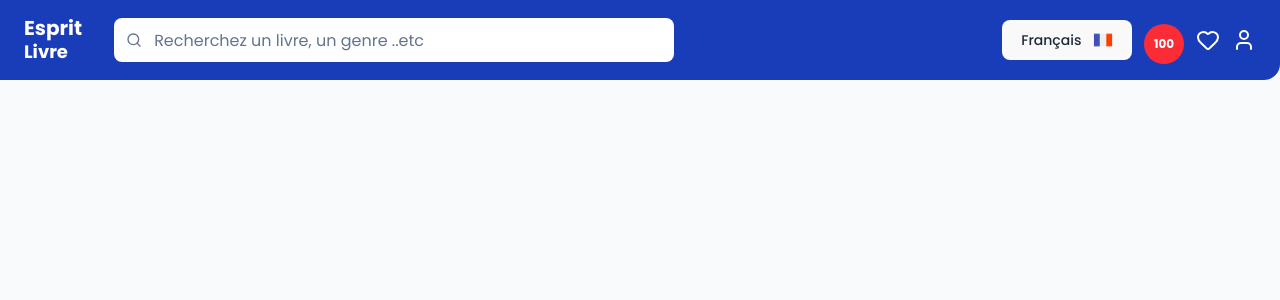
Repository: oussamabenberkane/esprit-livre-front
Page: /
The author's editor kept a copy of each file at every save. The page is drawn from the files as they stood at one save, then again after the next save.
The browser window is 1280 px wide. The pictures show the whole page.
The project was rebuilt for these pictures with package versions that can differ from the ones it lists, and the page was loaded fresh each time. Also part of the build but not shown: vite.config.js.

Above is the page before, as saved 2025-09-25 20:54:38.

### index.html
<!doctype html>
<html lang="en">
  <head>
    <meta charset="UTF-8" />
    <link rel="icon" type="image/svg+xml" href="/vite.svg" />
    <meta name="viewport" content="width=device-width, initial-scale=1.0" />
    <title>espritlivrefront</title>
  </head>
  <body>
    <div id="root"></div>
    <script type="module" src="/src/main.jsx"></script>
  </body>
</html>

### src/index.css
@import url('https://fonts.googleapis.com/css2?family=Poppins:wght@300;400;500;600;700&display=swap');
@import "tailwindcss";

:root {
  font-family: 'Poppins', system-ui, Avenir, Helvetica, Arial, sans-serif;
  line-height: 1.5;
  font-weight: 400;

  color-scheme: light dark;
  color: rgba(255, 255, 255, 0.87);
  background-color: #242424;

  font-synthesis: none;
  text-rendering: optimizeLegibility;
  -webkit-font-smoothing: antialiased;
  -moz-osx-font-smoothing: grayscale;
}

a {
  font-weight: 500;
  color: #646cff;
  text-decoration: inherit;
}

a:hover {
  color: #535bf2;
}

body {
  margin: 0;
  display: flex;
  place-items: center;
  min-width: 320px;
  min-height: 100vh;
}

h1 {
  font-size: 3.2em;
  line-height: 1.1;
}

button {
  border-radius: 8px;
  padding: 0.6em 1.2em;
  font-size: 1em;
  font-weight: 500;
  font-family: inherit;
  background-color: #1a1a1a;
  cursor: pointer;
  transition: border-color 0.25s;
}

button:hover {
  border-color: #646cff;
}

@media (prefers-color-scheme: light) {
  :root {
    color: #213547;
    background-color: #ffffff;
  }

  a:hover {
    color: #747bff;
  }

  button {
    background-color: #f9f9f9;
  }
}

### src/App.jsx
import Navbar from './components/common/Navbar';

function App() {
  return (
    <div className="min-h-screen min-w-screen bg-gray-50">
      <Navbar />
      {/* Reste de votre contenu */}
    </div>
  );
}

export default App;

### src/components/common/Navbar.jsx
import { Search, ChevronDown, ShoppingCart, Heart, User } from 'lucide-react';
import LanguageToggle from '../animations/LanguageToggle';


// Logo Component
const Logo = () => (
    <div className="flex flex-col text-white">
        <div className="text-xl font-bold leading-tight">Esprit</div>
        <div className="text-lg font-bold leading-tight">Livre</div>
    </div>
);

// Search Bar Component
const SearchBar = ({ placeholder = "Recherchez un livre, un genre ..etc", onSearch }) => (
    <div className="relative bg-white rounded-lg h-11 w-140 flex items-center">
        <div className="absolute left-3 w-4 h-4 text-slate-500">
            <Search className="w-full h-full" />
        </div>
        <input
            type="text"
            placeholder={placeholder}
            onChange={onSearch}
            className="w-full h-full pl-10 pr-4 text-md text-black bg-transparent border-none outline-none placeholder:text-slate-500"
        />
    </div>
);

// User Actions Component
const UserActions = ({ cartCount = 0, onCartClick, onFavoritesClick, onUserClick }) => (
    <div className="flex items-center gap-2">
        {/* Cart with notification */}
        <div className="relative cursor-pointer hover:opacity-80 transition-opacity" onClick={onCartClick}>
            <div className="w-6 h-6 text-white">
                <ShoppingCart className="w-full h-full" />
            </div>
            {cartCount > 0 && (
                <div className="absolute -top-1 -right-1 w-10 h-10 bg-red-500 rounded-full flex items-center justify-center">
                    <span className="text-xs text-white font-black leading-none">{cartCount}</span>
                </div>
            )}
        </div>

        {/* Favorites */}
        <div
            className="w-6 h-6 ml-2 text-white cursor-pointer hover:opacity-80 transition-opacity"
            onClick={onFavoritesClick}
        >
            <Heart className="w-full h-full" />
        </div>

        {/* User Account */}
        <div
            className="w-6 h-6 ml-1 text-white cursor-pointer hover:opacity-80 transition-opacity"
            onClick={onUserClick}
        >
            <User className="w-full h-full" />
        </div>
    </div>
);

// Main Navbar Component
const Navbar = ({
    searchPlaceholder,
    cartCount,
    onSearch,
    onCartClick,
    onFavoritesClick,
    onUserClick
}) => (
    <div className="w-full bg-blue-800 rounded-br-2xl px-6 py-3 h-20">
        <div className="flex items-center w-full h-full">
            {/* Logo */}
            <div className="flex-shrink-0">
                <Logo />
            </div>

            {/* Search Bar */}
            <div className="flex-shrink-0 ml-8">
                <SearchBar placeholder={searchPlaceholder} onSearch={onSearch} />
            </div>

            {/* Spacer */}
            <div className="flex-1"></div>

            {/* Language Selector */}
            <div className="flex-shrink-0 mr-6">
                <LanguageToggle />
            </div>

            {/* User Actions */}
            <div className="flex-shrink-0">
                <UserActions
                    cartCount={cartCount}
                    onCartClick={onCartClick}
                    onFavoritesClick={onFavoritesClick}
                    onUserClick={onUserClick}
                />
            </div>
        </div>
    </div>
);

// Demo usage
export default function App() {
    const handleSearch = (e) => {
        console.log('Search:', e.target.value);
    };

    const handleLanguageChange = () => {
        console.log('Language selector clicked');
    };

    const handleCartClick = () => {
        console.log('Cart clicked');
    };

    const handleFavoritesClick = () => {
        console.log('Favorites clicked');
    };

    const handleUserClick = () => {
        console.log('User account clicked');
    };

    return (
        <Navbar
            cartCount={100}
            onSearch={handleSearch}
            onLanguageChange={handleLanguageChange}
            onCartClick={handleCartClick}
            onFavoritesClick={handleFavoritesClick}
            onUserClick={handleUserClick}
        />
    );
}

### src/components/animations/LanguageToggle.jsx
import React, { useState } from 'react';
import { motion, AnimatePresence } from 'framer-motion';
import { ChevronDown } from 'lucide-react';

const LanguageToggle = ({ onLanguageChange }) => {
    const [currentLang, setCurrentLang] = useState('fr');

    const handleToggle = () => {
        const newLang = currentLang === 'fr' ? 'en' : 'fr';
        setCurrentLang(newLang);
        if (onLanguageChange) {
            onLanguageChange(newLang);
        }
    };

    const getCurrentLanguageLabel = () => {
        return currentLang === 'fr' ? 'Français' : 'English';
    };

    return (
        <motion.button
            whileHover={{ scale: 1.05 }}
            whileTap={{ scale: 0.95 }}
            onClick={handleToggle}
            className="relative bg-white rounded-md px-4 py-2.5 min-w-[130px] flex items-center justify-between cursor-pointer border-none outline-none focus:outline-none hover:bg-gray-50 transition-colors  overflow-hidden"
        >
            <AnimatePresence mode="wait">
                <motion.span
                    key={currentLang}
                    initial={{ opacity: 0, y: +10 }}
                    animate={{ opacity: 1, y: 0 }}
                    exit={{ opacity: 0, y: +10 }}
                    transition={{
                        duration: 0.2,
                        ease: "easeInOut"
                    }}
                    className="text-sm font-medium text-gray-800"
                >
                    {getCurrentLanguageLabel()}
                </motion.span>
            </AnimatePresence>

            <motion.div
                animate={{ rotate: currentLang === "en" ? 180 : 0 }}
                transition={{ duration: 0.4 }}
                className="ml-2 relative w-5 h-5 overflow-hidden"
            >
                <AnimatePresence mode="wait" initial={false}>
                    {currentLang === "fr" ? (
                        <motion.img
                            key="fr"
                            src="assets/icons/french-flag.png"
                            initial={{ opacity: 0 }}
                            animate={{ opacity: 1 }}
                            exit={{ opacity: 0 }}
                            transition={{ duration: 0.2, ease: "easeInOut" }}
                            className="absolute top-0 left-0 w-full h-full object-contain"
                        />
                    ) : (
                        <motion.img
                            key="en"
                            src="assets/icons/english-flag.png"
                            initial={{ opacity: 0 }}
                            animate={{ opacity: 1 }}
                            exit={{ opacity: 0 }}
                            transition={{ duration: 0.2, ease: "easeInOut" }}
                            className="absolute top-0 left-0 w-full h-full object-contain"
                        />
                    )}
                </AnimatePresence>
            </motion.div>
        </motion.button>
    );
};

export default LanguageToggle;

Loaded but not shown: src/main.jsx (common file)

After the next save:
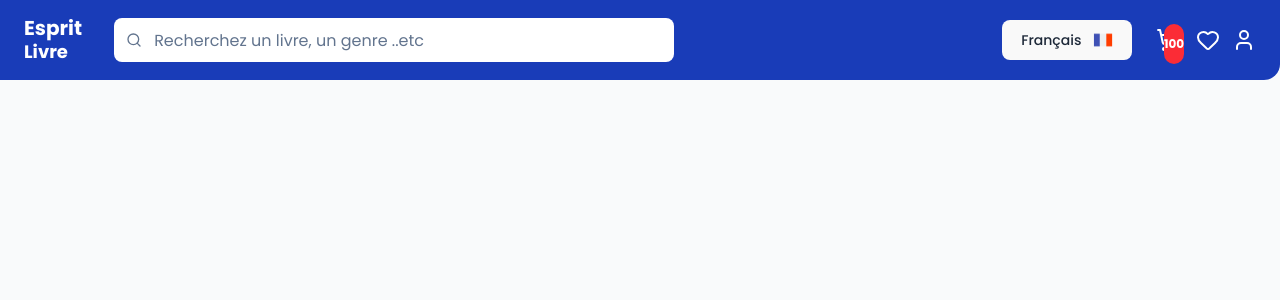
Saved 4 s later.
--- a/src/components/common/Navbar.jsx
+++ b/src/components/common/Navbar.jsx
@@ -34,7 +34,7 @@ const UserActions = ({ cartCount = 0, onCartClick, onFavoritesClick, onUserClick
                 <ShoppingCart className="w-full h-full" />
             </div>
             {cartCount > 0 && (
-                <div className="absolute -top-1 -right-1 w-10 h-10 bg-red-500 rounded-full flex items-center justify-center">
+                <div className="absolute -top-1 -right-1 w-5 h-10 bg-red-500 rounded-full flex items-center justify-center">
                     <span className="text-xs text-white font-black leading-none">{cartCount}</span>
                 </div>
             )}
